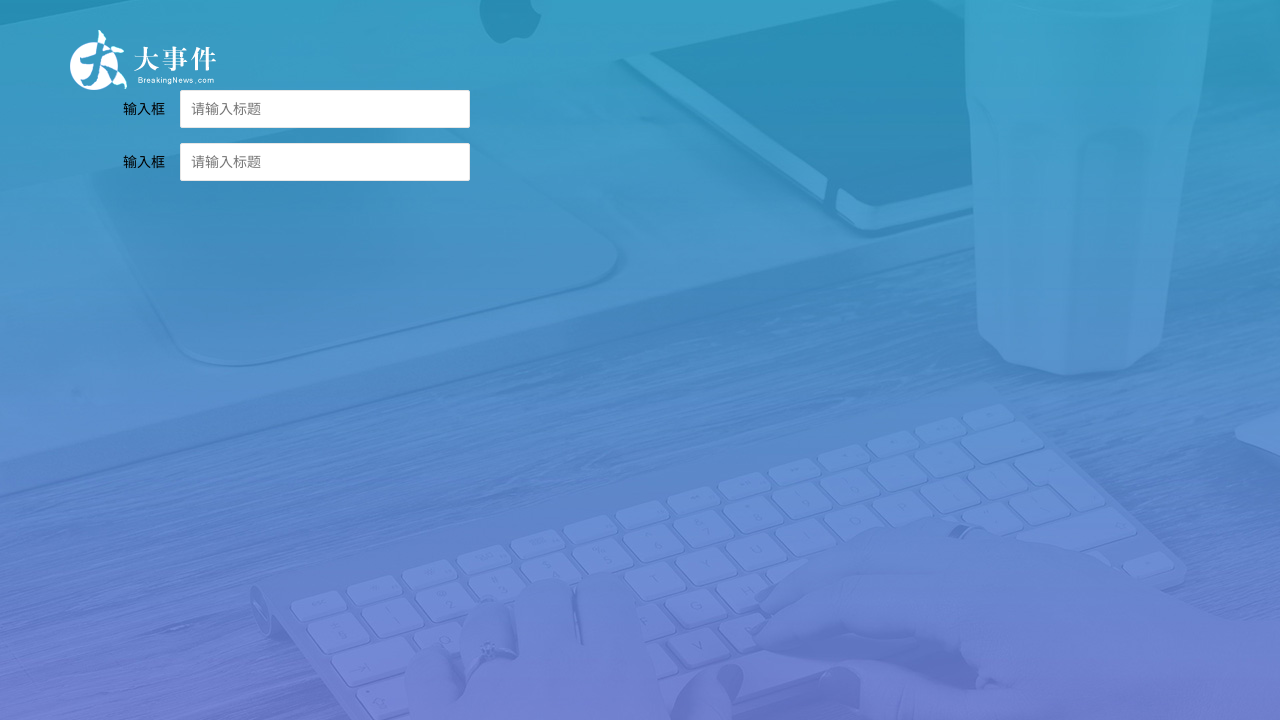
Repository: xxsleep/-
Page: home/login.html
The author's editor kept a copy of each file at every save. The page is drawn from the files as they stood at one save, then again after the next save.
The browser window is 1280 px wide. The pictures show the whole page.

Above is the page before, as saved 2020-11-23 11:08:48.

### home/login.html
<!DOCTYPE html>
<html lang="en">

<head>
    <meta charset="UTF-8">
    <meta name="viewport" content="width=device-width, initial-scale=1.0">
    <title>75期-大事件后台登录页面</title>
    <link rel="stylesheet" href="/assets/lib/layui/css/layui.css">
    <link rel="stylesheet" href="/assets/css/login.css">
</head>

<body>
    <div class="container layui-main">
        <div class="head">
            <img src="../assets/images/logo.png" alt="">
        </div>
        <div class="loginbox">
            <div class="title"></div>
            <form class="layui-form" action="">
                <div class="layui-form-item">
                    <label class="layui-form-label">输入框</label>
                    <div class="layui-input-block">
                        <input type="text" name="title" required lay-verify="required" placeholder="请输入标题"
                            autocomplete="off" class="layui-input">
                    </div>
                </div>
                <div class="layui-form-item">
                    <label class="layui-form-label">输入框</label>
                    <div class="layui-input-block">
                        <input type="text" name="title" required lay-verify="required" placeholder="请输入标题"
                            autocomplete="off" class="layui-input">
                    </div>
                </div>
            </form>
        </div>
</body>

</html>

### assets/css/login.css
html, body {
  width: 100%;
  height: 100%;
  background: url(../images/login_bg.jpg) no-repeat center center/cover;
  overflow: hidden;
}

.head {
  margin-top: 30px;
}

.loginbox {
  width: 400px;
  height: 310px;
}

Loaded but not shown: assets/lib/layui/css/layui.css (library)

After the next save:
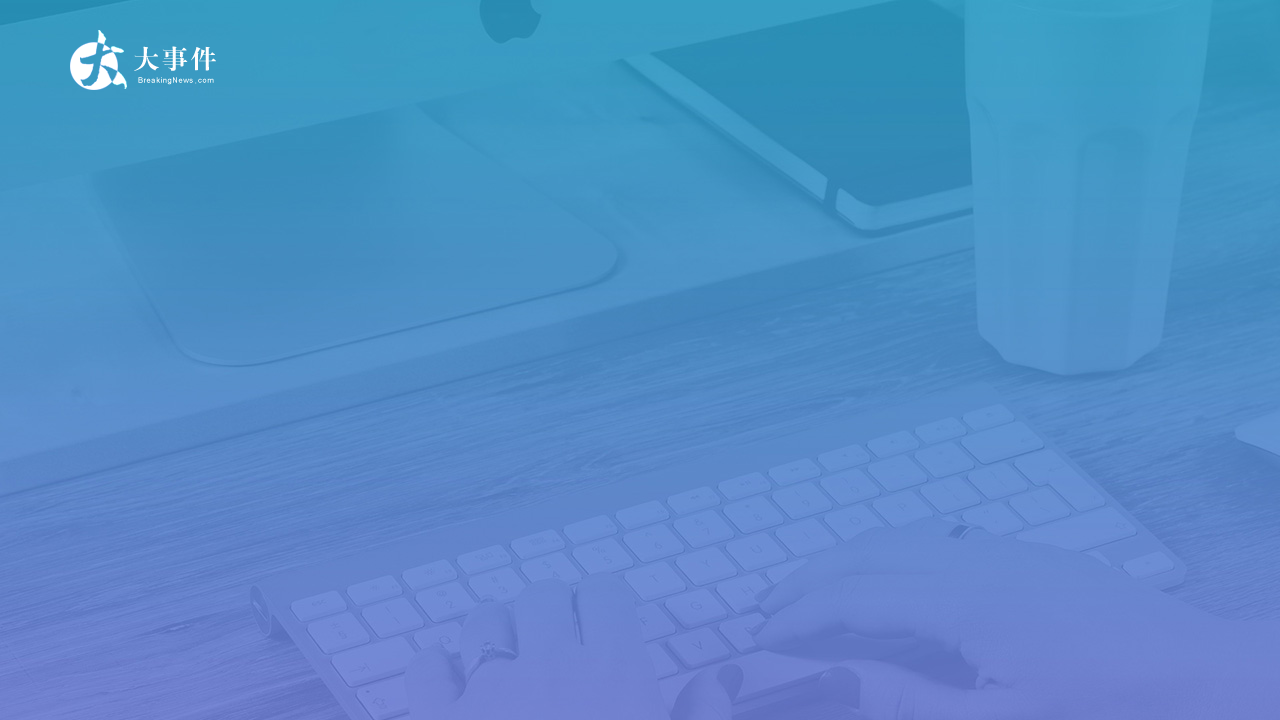
Saved 45 s later.
--- a/assets/css/login.css
+++ b/assets/css/login.css
@@ -9,7 +9,15 @@ html, body {
   margin-top: 30px;
 }
 
+.container {
+  position: relative;
+}
+
 .loginbox {
   width: 400px;
   height: 310px;
+  position: absolute;
+  top: 50%;
+  left: 50%;
+  transform: translate(-50%, -50%);
 }
